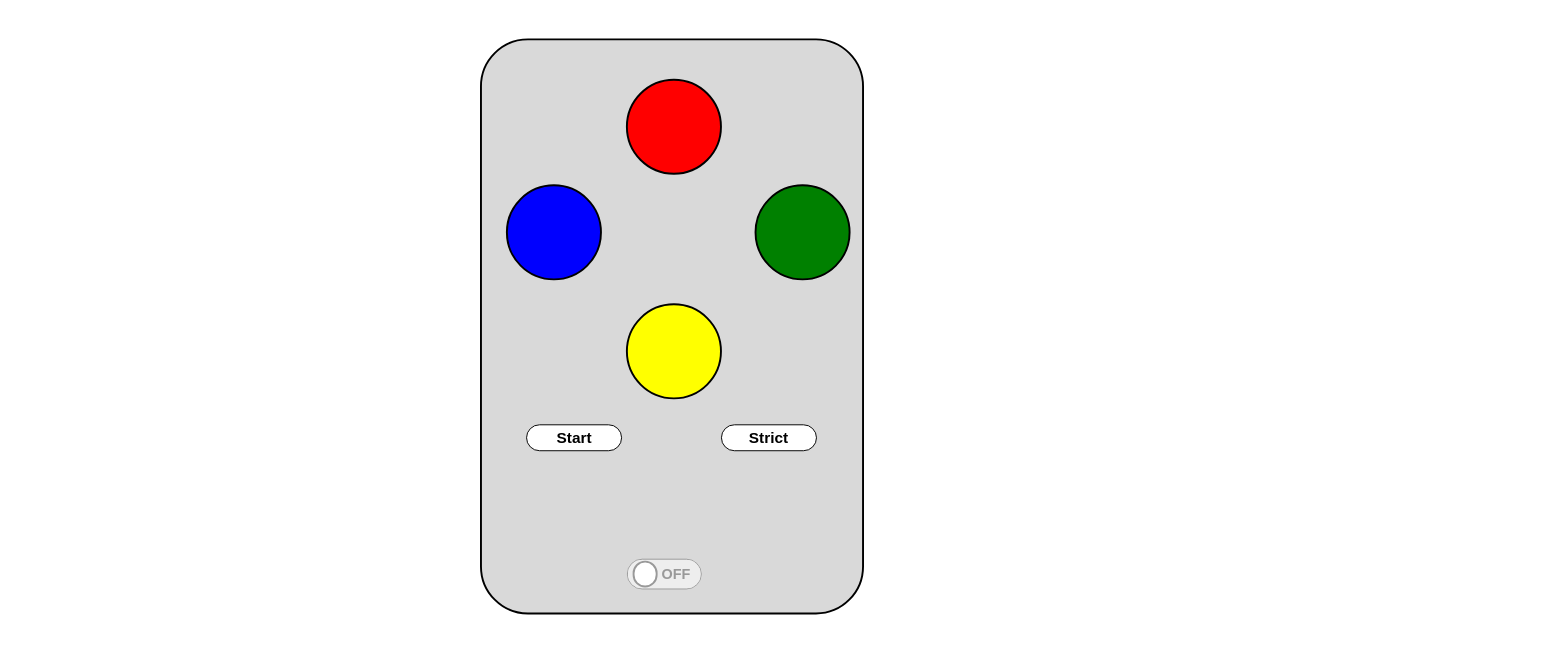
Repository: Code-Institute-Submissions/The-Simon-Game
Page: index.html
The author's editor kept a record of every edit. The page is drawn from the files as they stood at one moment, then again after the next edit.
The browser window is 1280 px wide. The page is 1627 px wide, so the pictures cover 1627 px, including what lies to the right of the window. The pictures show the whole page, at 96% of full size.

Above is the page before.

After the next edit:
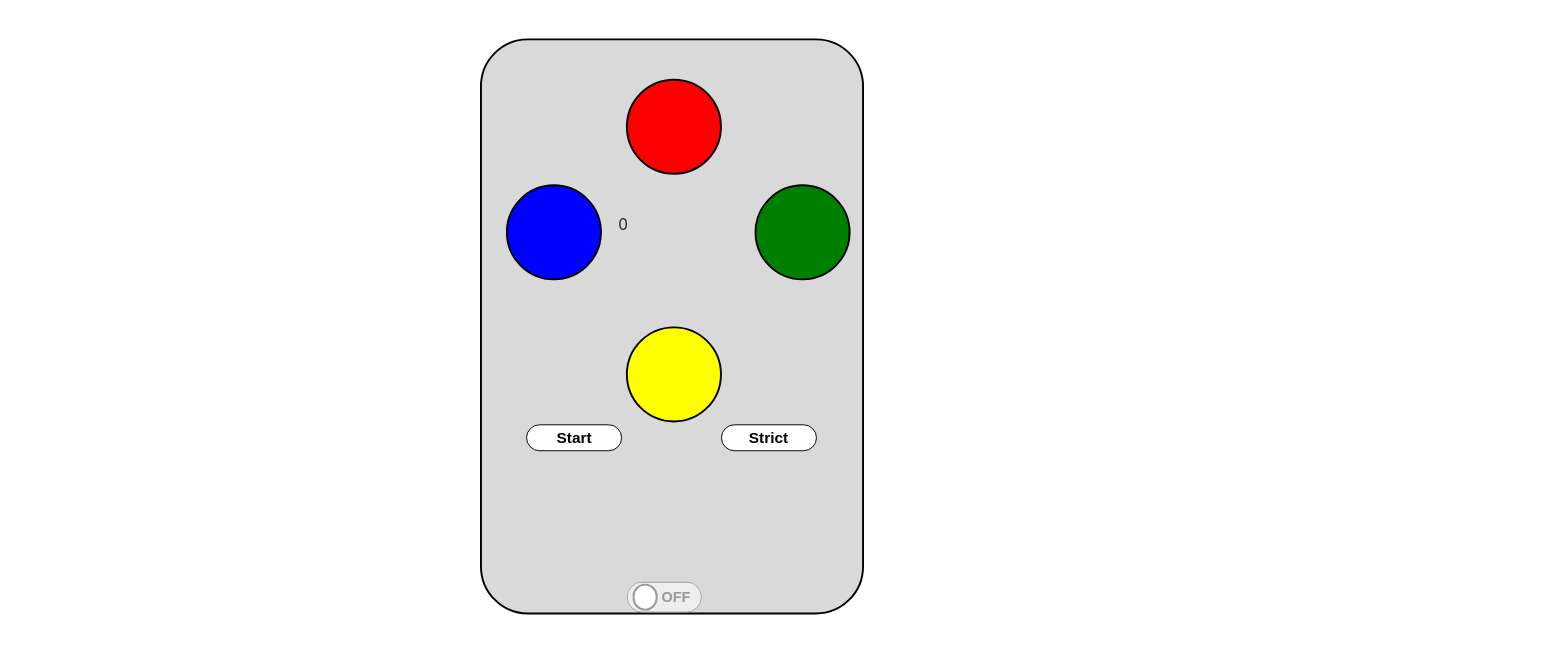
The edit:
--- a/index.html
+++ b/index.html
@@ -26,6 +26,7 @@
                 </div>
                 <div class="column col-4 col-sm-4">
                     <button class="red"></button>
+                     <div class="counter">0</div>
                     <button class="yellow"></button>
                 </div>
                 <div class="column col-4 col-sm-4">
